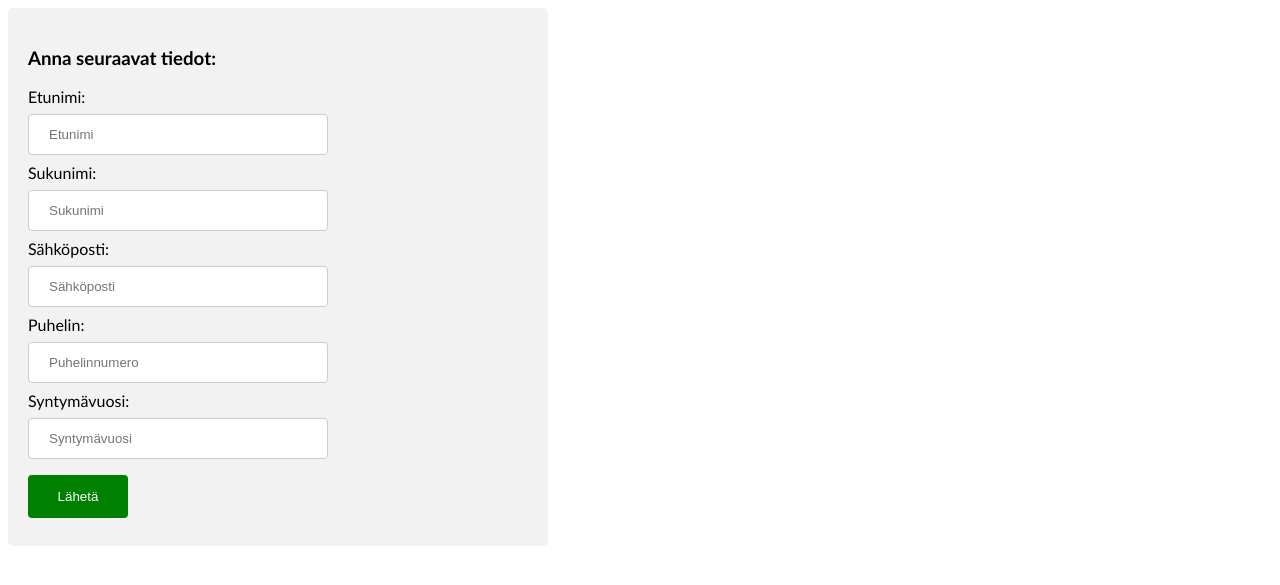
Repository: er-12/tehtava6
Page: http://localhost/t3/kysy.jsp
The author's editor kept a copy of each file at every save. The page is drawn from the files as they stood at one save, then again after the next save.
The browser window is 1280 px wide. The pictures show the whole page.
The page is served by Tomcat 9.

Above is the page before, as saved 2021-04-17 11:19:34.

After the next save:
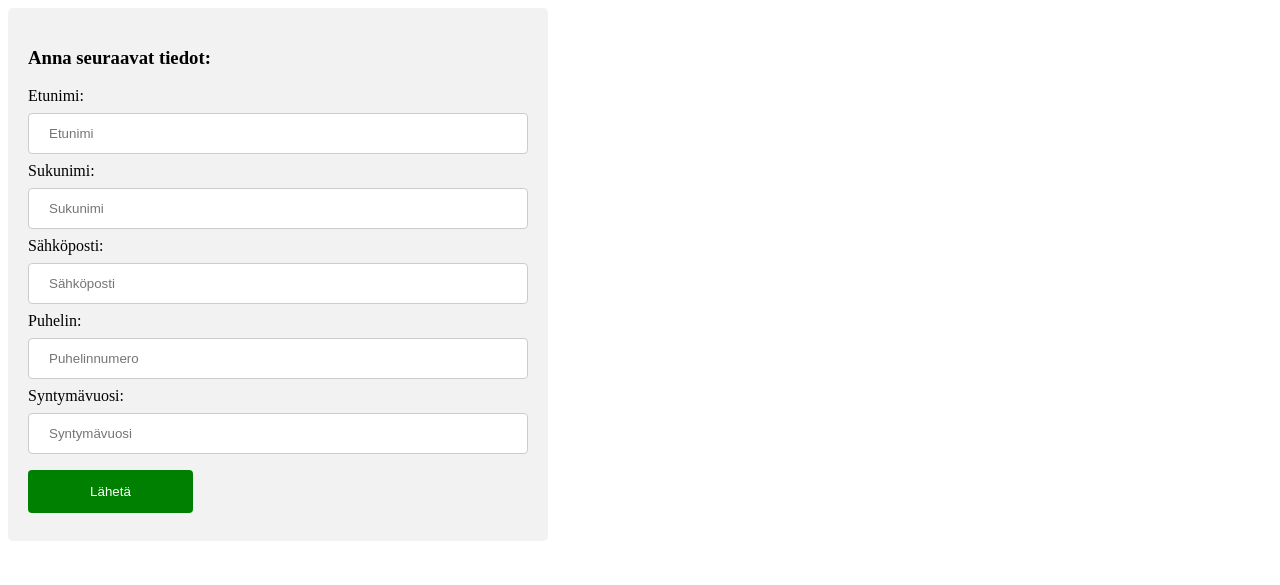
Saved 50 s later.
--- a/t3/WebContent/kysy.jsp
+++ b/t3/WebContent/kysy.jsp
@@ -4,7 +4,7 @@
 <html>
 <style>
 input[type=text] {
-  width: 300px;
+  width: 100%;
   padding: 12px 20px;
   margin: 8px 0;
   display: inline-block;
@@ -14,7 +14,7 @@ input[type=text] {
 }
 
 input[type=submit] {
-  width: 100px;
+  width: 33%;
   text-align: center;
   background-color: green;
   color: white;
@@ -28,7 +28,7 @@ div {
   background-color: #f2f2f2;
   padding: 20px;
   width: 500px;
-  font-family: calibri;
+  font-family: ;
 }
 </style>
 <head>
